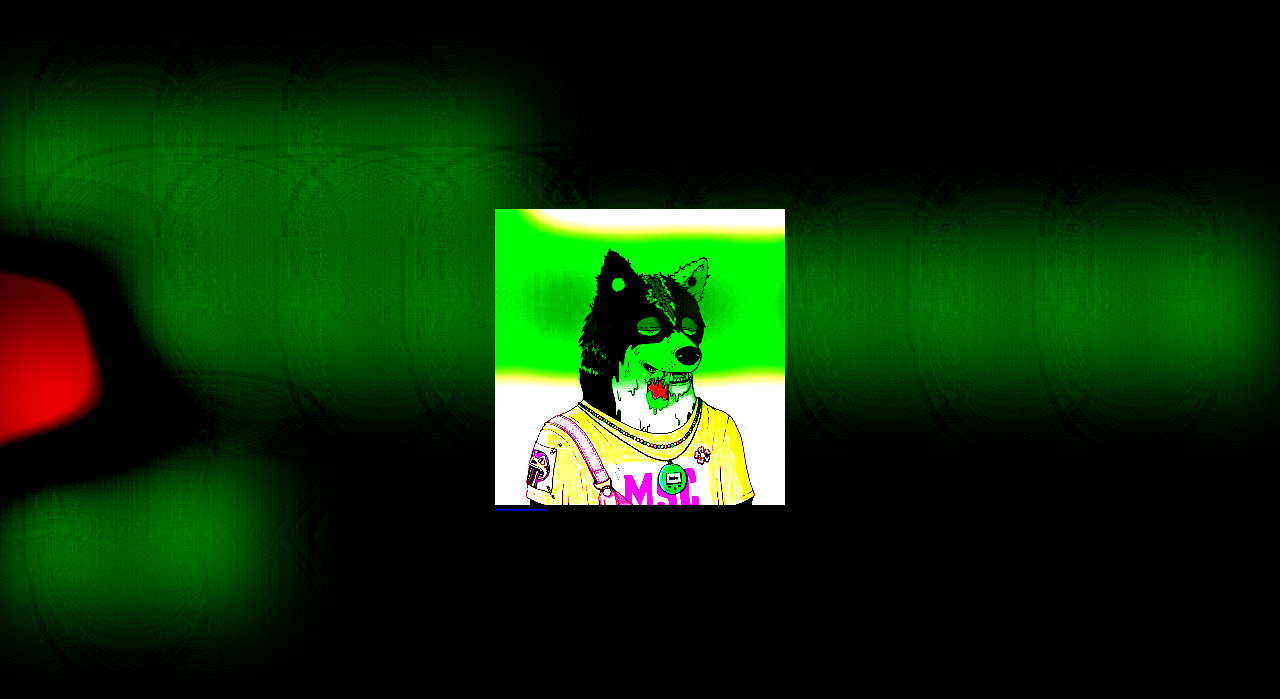
Repository: CSituma/MSCfanArt
Page: index.html
An editor plug-in stored every save of this project. The page is shown before and after the next save, followed by the edit.
The browser window is 1280 px wide. The pictures show the whole page.
Some web libraries are served in a nearby version.

Above is the page before, as saved 2022-02-18 03:38:35.

After the next save:
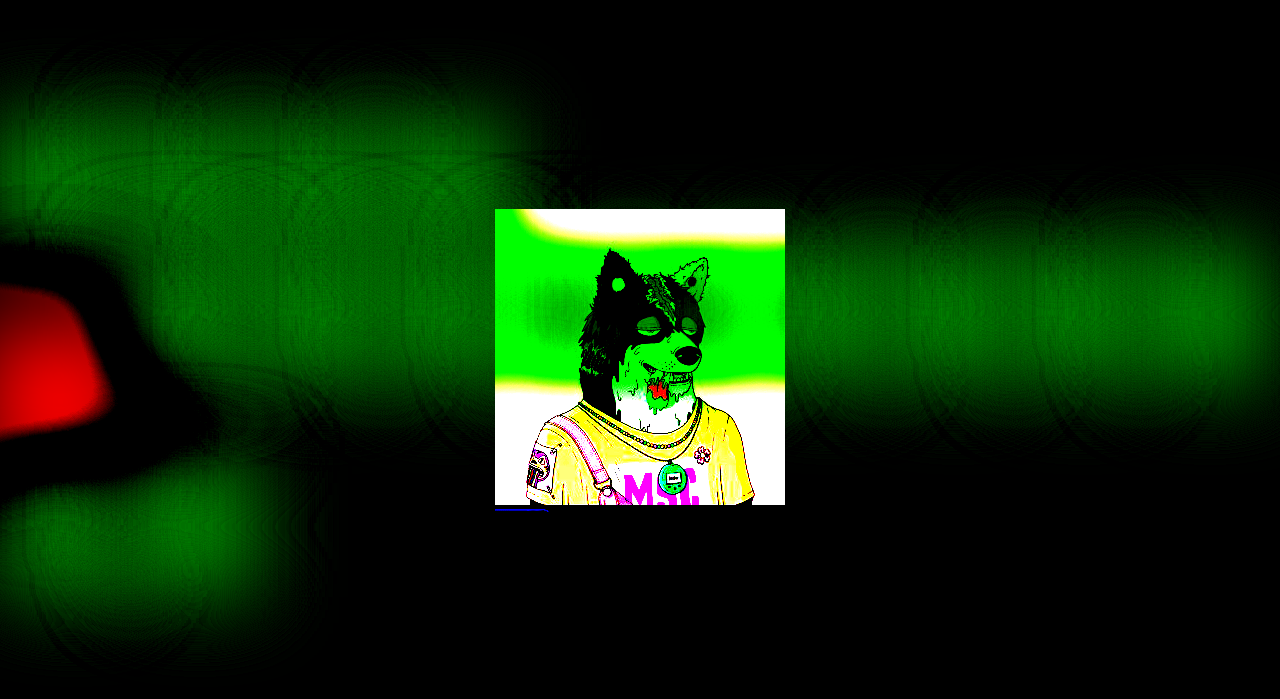
Saved 24 s later.
--- a/style.css
+++ b/style.css
@@ -35,11 +35,9 @@
     width: 140px;
 
     height: 140px;
-    display: inline-block;
-    border-bottom-left-radius: 50px;
+
     background:red;
 
-    animation: animate 3s ease-in-out infinite;
 
 }
 @keyframes animate {
